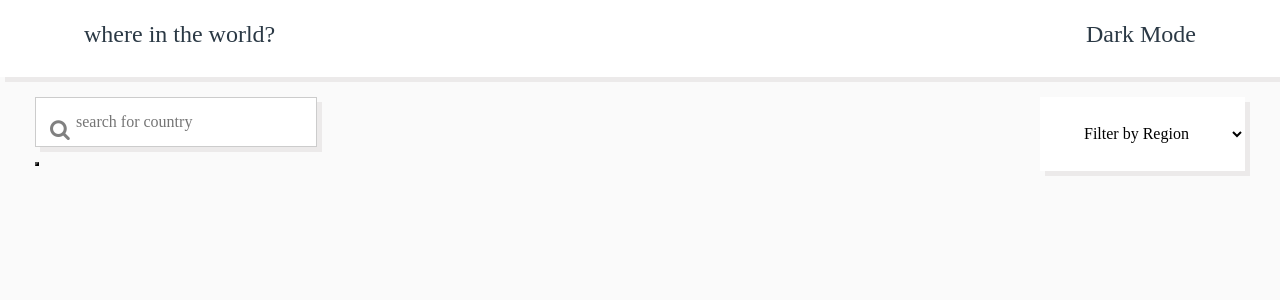
Repository: lamilekan263/countries
Page: /
These files come from the project's save history. The page is drawn as it stood at one moment and after the next save; the edit follows.
The browser window is 1280 px wide. The pictures show the whole page.
The page's requests for data from a server got no answer. The project was rebuilt for these pictures with package versions that can differ from the ones it lists, and the page was loaded fresh each time. No one was signed in, and anything a server would have sent is missing. Also part of the build but not shown: src/components/country/country.css, src/components/country/country.jsx, src/components/selectCountryRegion/selectCountryRegion.component.jsx.

Above is the page before, as saved 2020-07-30 16:35:18.

### src/index.js
import React from 'react';
import ReactDOM from 'react-dom';
import 'bootstrap/dist/css/bootstrap.css'
import App from './App';
import './App.css'

ReactDOM.render(
  <React.StrictMode>
    <App />
  </React.StrictMode>,
  document.getElementById('root')
);

// If you want your app to work offline and load faster, you can change
// unregister() to register() below. Note this comes with some pitfalls.
// Learn more about service workers: https://bit.ly/CRA-PWA
if(module.hot){
  module.hot.accept()
}

### src/App.js
import React, {Component} from 'react';
import NavBar from './components/Navbar/navBar.component'
import CountryList from './components/country-list/country-list.component'
import MyForm from './components/form.component/form.component'

class App extends Component {
  constructor(){
    super();
    this.state={
      countries :[


      ],
      searchValue : ''

      }
  }
    componentDidMount(){
    fetch('https://restcountries.eu/rest/v2/all')
    .then(response => response.json())
    .then(countries => console.log(countries))
  }

  handleCountry = e =>{
    this.setState({searchValue : e.target.value})
    console.log(e)

  }

  render() {
    const {countries, searchValue} = this.state
    const filteredCountries = countries.filter(country => country.name.toLowerCase().includes(searchValue.toLowerCase()))
    return (
      <div>
        <NavBar  />
        <MyForm handleChange ={this.handleCountry}/>
          <CountryList countries = {filteredCountries} />


      </div>
    );
  }
}

export default App;

### src/components/Navbar/navBar.component.jsx
import React  from 'react';
import '../Navbar/navbar.styles.css'
const NavBar = () => {
    return (
        <nav >
            <div className="myContainer" id="nav-flex">
                <div>
                    <h1 >where in the world?</h1>
                </div>
                <div>
                    <h1>Dark Mode</h1>
                </div>
            </div>
        </nav>
     );
}

export default NavBar;

### src/components/country-list/country-list.component.jsx
import React from 'react';
import Country from '../country/country'
import './country-list.styles.css'
const CountryList = props => {
    return (
        <div className="country-list container-fluid">
                    <div className="flex-country">
                        {
                            props.countries.map((country,index) => (
                                    <Country key={ index } country ={country}/>
                                    ))
                                }
                    </div>
        </div>
     );
}

export default CountryList;

### src/components/form.component/form.component.jsx
import React, { useState } from 'react';
import Input from "../input.component/input.component"
import SelectDropDownByRegion from '../selectCountryRegion/selectCountryRegion.component'
import './form.styles.css';




const MyForm =props =>{
    const [text, textState] = useState('')
    const onChange = e => textState(e.target.value);

    const onSubmit = e =>{
        e.preventDefault();

    }

    return(
        <div className="container-fluid">
            <form className="myForm" onSubmit = {onSubmit}>
                <div>
                    <Input onHandleChange={props.handleChange}/>
                    <button></button>
                 </div>
                    <select name="Filter by Region">
                        <option value="">Filter by Region</option>
                        <option value="Africa">Africa</option>
                        <option value="Americas">Americas</option>
                        <option value="Asia">Asia</option>
                        <option value="Europe">Europe</option>
                        <option value="Oceania">Oceania</option>
                    </select>
            </form>

        </div>
    );
}


export default MyForm

### src/components/Navbar/navbar.styles.css

nav{
    background-color:white;
    color:hsl(209, 23%, 22%);
    box-shadow: 5px 5px rgb(236, 234, 234);
    /* position: fixed; /* Set the navbar to fixed position */
    /* top: 0px;
    overflow: hidden;
    z-index:1; */
    width:100%;

}

h1{
    font-size:1.5em;
}
#nav-flex{
    display:flex;
    justify-content: space-between;
    padding:20px;
}
.myContainer{
    width:90%;
    margin:0 auto;
    overflow:hidden;
}

### src/components/country-list/country-list.styles.css

.country-list{
    padding:0% 7%;
    margin:150px 0 20px;


}
@media(min-width:750px){
    .flex-country{
        display:flex;
        flex-wrap:wrap;
        justify-content: space-around;
    }
}

### src/components/input.component/input.component.jsx
import React from 'react';

import './input.styles.css'


const Input = props =>(
    <div className="fontuser">
            <input type="text"
                    placeholder="search for country"
                     required />
            <i className="fa fa-search fa-lg" >{props.onHandleChange}</i>
    </div>
)

export default Input;

### src/components/form.component/form.styles.css
.myForm{
    position: relative;
    top:30;
    left:10;
    display: flex;
    justify-content: space-between;
    margin:20px;
}

### src/components/input.component/input.styles.css
input{
    width:100%;
    border:none;
    box-shadow:5px 5px rgb(236, 234, 234);
    padding: 12px 40px;
    display: inline-block;
    border: 1px solid #ccc;
    box-sizing: border-box;
}
input :active{
    border: 1px solid red;

}
i{
    position: absolute;
    left: 15px;
    top: 25px;
    color: gray;
}

### src/components/selectCountryRegion/selectCountryRegion.styles.css
select{
    padding: 12px 40px;
    border: none;
    background-color: #fff;
    box-shadow:5px 5px rgb(236, 234, 234);
}
select ::after{
    padding:10px;
}

Loaded but not shown: public/index.html (common file); src/App.css (common file)

After the next save:
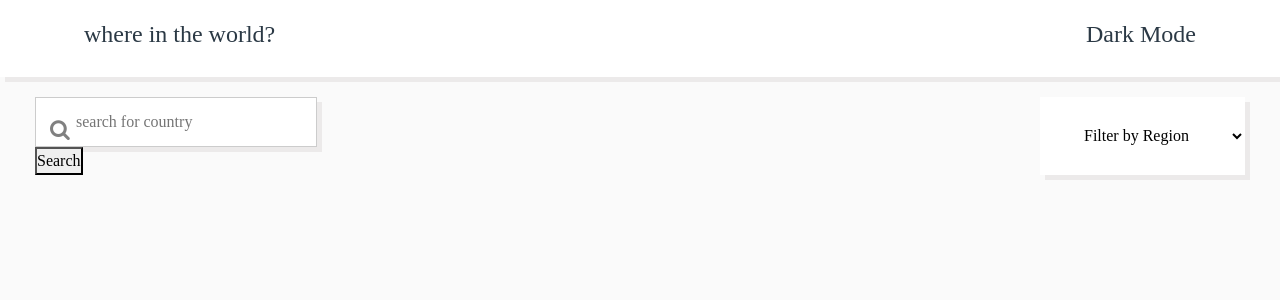
Saved 8 s later.
--- a/src/components/form.component/form.component.jsx
+++ b/src/components/form.component/form.component.jsx
@@ -20,7 +20,7 @@ const MyForm =props =>{
             <form className="myForm" onSubmit = {onSubmit}>
                 <div>
                     <Input onHandleChange={props.handleChange}/>
-                    <button></button>
+                    <button>Search </button>
                  </div>
                     <select name="Filter by Region">
                         <option value="">Filter by Region</option>
